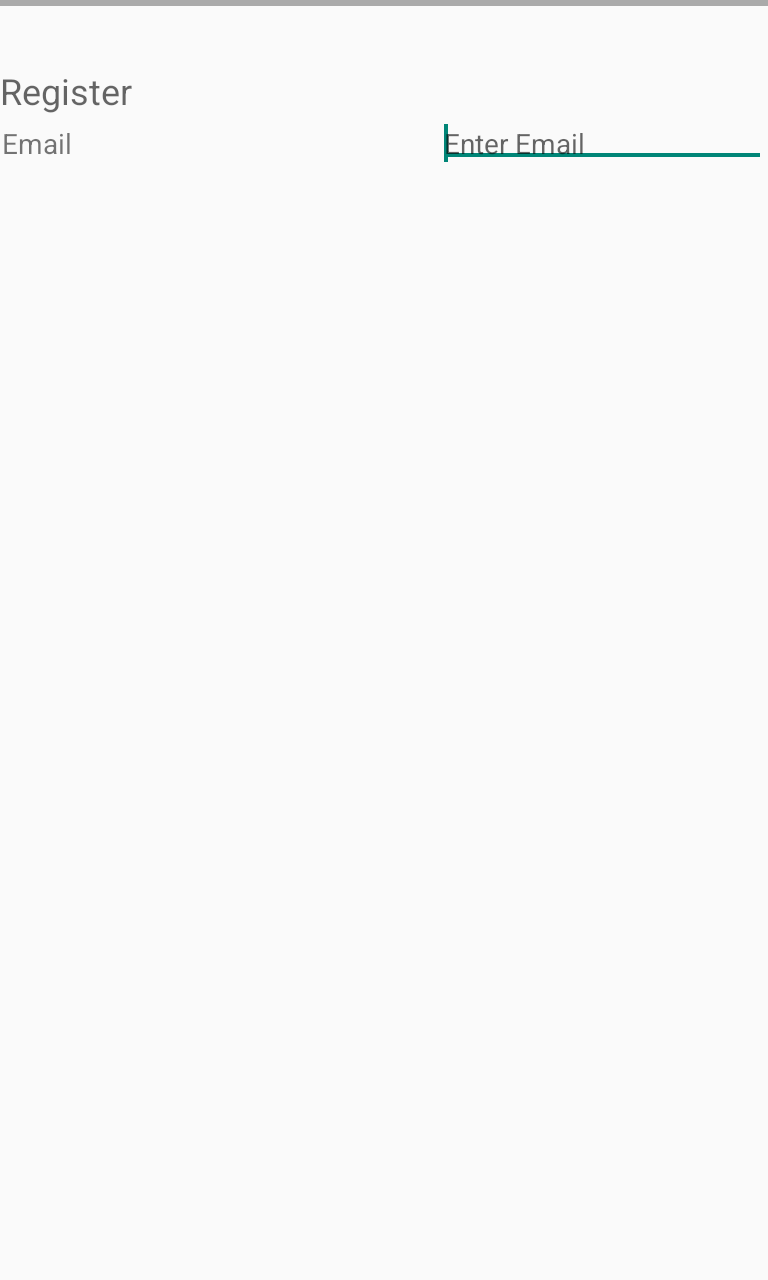
Repository: lMayuraDevani/BrentBrown
Layout: BrentBrown/res/layout/register.xml
These files come from the project's save history. The layout is drawn as it stood at one moment and after the next save; the edit follows.
It is drawn on a 768 x 1280 px phone screen (xhdpi) without system bars, with theme AppTheme; the app's code is not run.

Above is the layout before, as saved 2014-11-12 09:19:15.

After the next save:
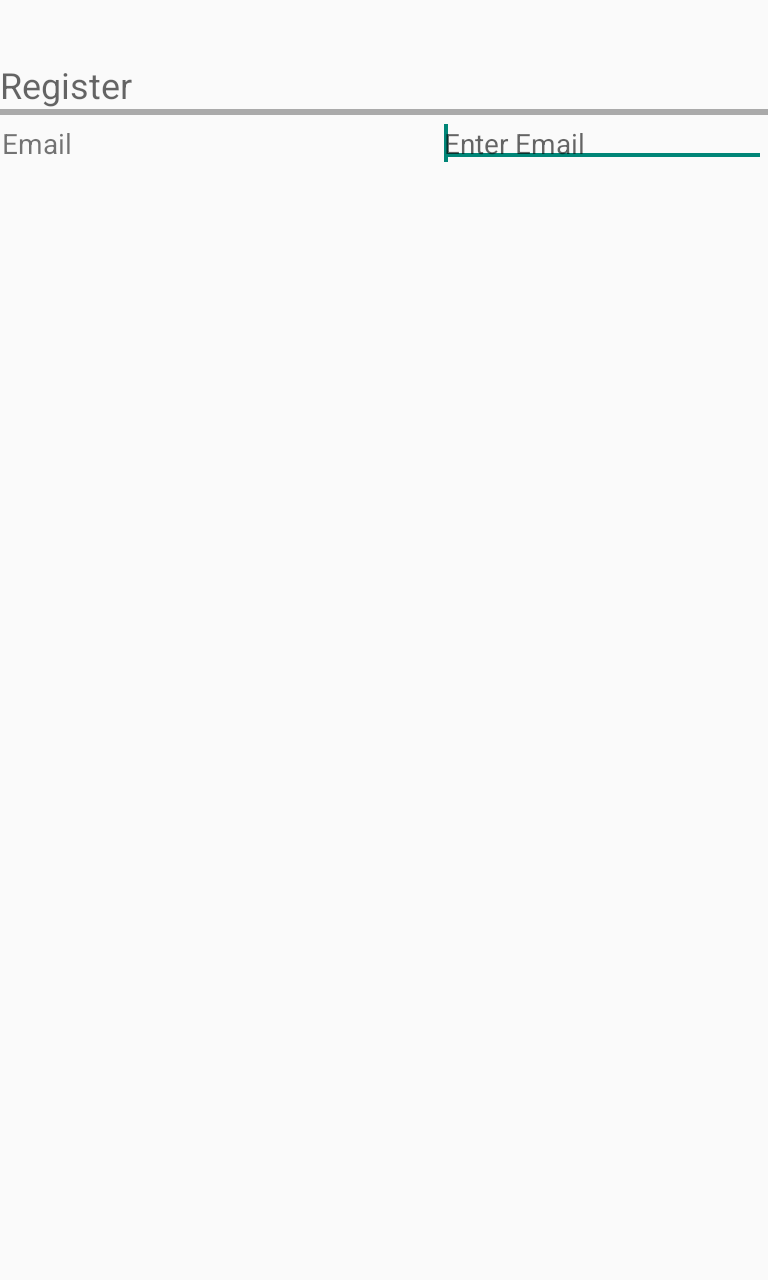
Saved 12 s later.
--- a/BrentBrown/res/layout/register.xml
+++ b/BrentBrown/res/layout/register.xml
@@ -4,11 +4,6 @@
     android:layout_height="match_parent"
     android:orientation="vertical" >
 
-
-    <View
-	   android:layout_width="fill_parent"
-	   android:layout_height="3dp"
-	   android:background="@android:color/darker_gray" />
 
     <TextView
         android:id="@+id/textView1"
@@ -17,6 +12,12 @@
         android:layout_marginTop="30dp"
         android:text="Register"
         android:textAppearance="?android:attr/textAppearanceMedium" />
+
+
+    <View
+	   android:layout_width="fill_parent"
+	   android:layout_height="3dp"
+	   android:background="@android:color/darker_gray" />
 
       <LinearLayout
                 android:layout_width="fill_parent"
